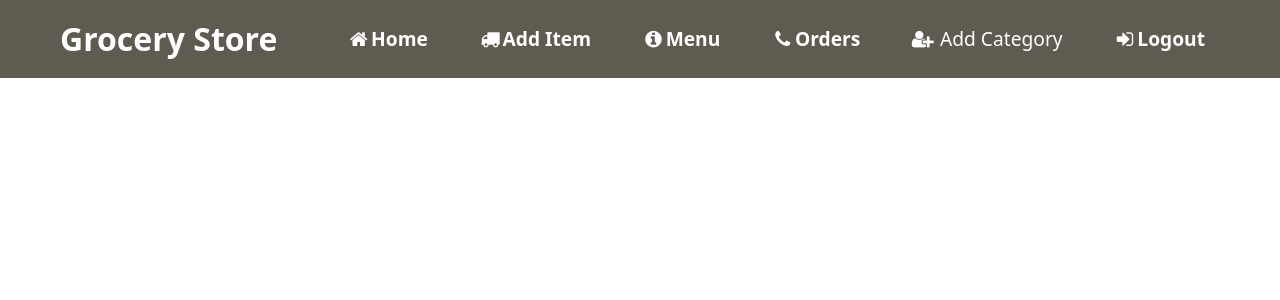
Repository: NagaMounikaY/GroceriesSubscriptionBookingManagement
Page: http://localhost/GroceriesSubBookingSystem/sellerHeader.jsp
The author's editor kept a copy of each file at every save. The page is drawn from the files as they stood at one save, then again after the next save.
The browser window is 1280 px wide. The pictures show the whole page.
The page is served by Tomcat 9.

Above is the page before, as saved 2024-09-15 10:19:52.

After the next save:
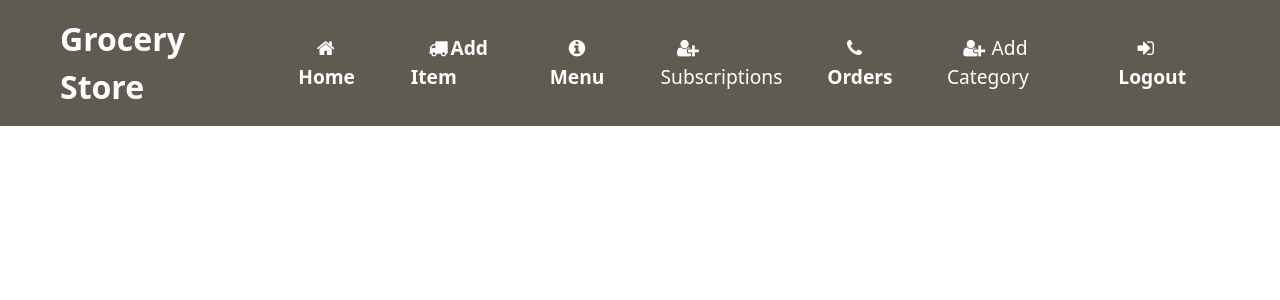
Saved 5 min 4 s later.
--- a/GroceriesSubBookingSystem/src/main/webapp/sellerHeader.jsp
+++ b/GroceriesSubBookingSystem/src/main/webapp/sellerHeader.jsp
@@ -75,6 +75,9 @@
 					class="fa fa-fw fa-truck"></i><strong>Add Item</strong></a></li>
 			<li><a href="${pageContext.request.contextPath}/groceries/list"><i
 					class="fa fa-fw fa-info-circle"></i><strong>Menu</strong></a></li>
+			<li><a
+				href="${pageContext.request.contextPath}/categories/add"><i
+					class="fa fa-fw fa-user-plus"></i>Subscriptions</a></li>
 			<li><a href="${pageContext.request.contextPath}/orders/viewOrders"><i class="fa fa-fw fa-phone"></i><strong>Orders</strong></a></li>
 			<li><a
 				href="${pageContext.request.contextPath}/categories/add"><i
